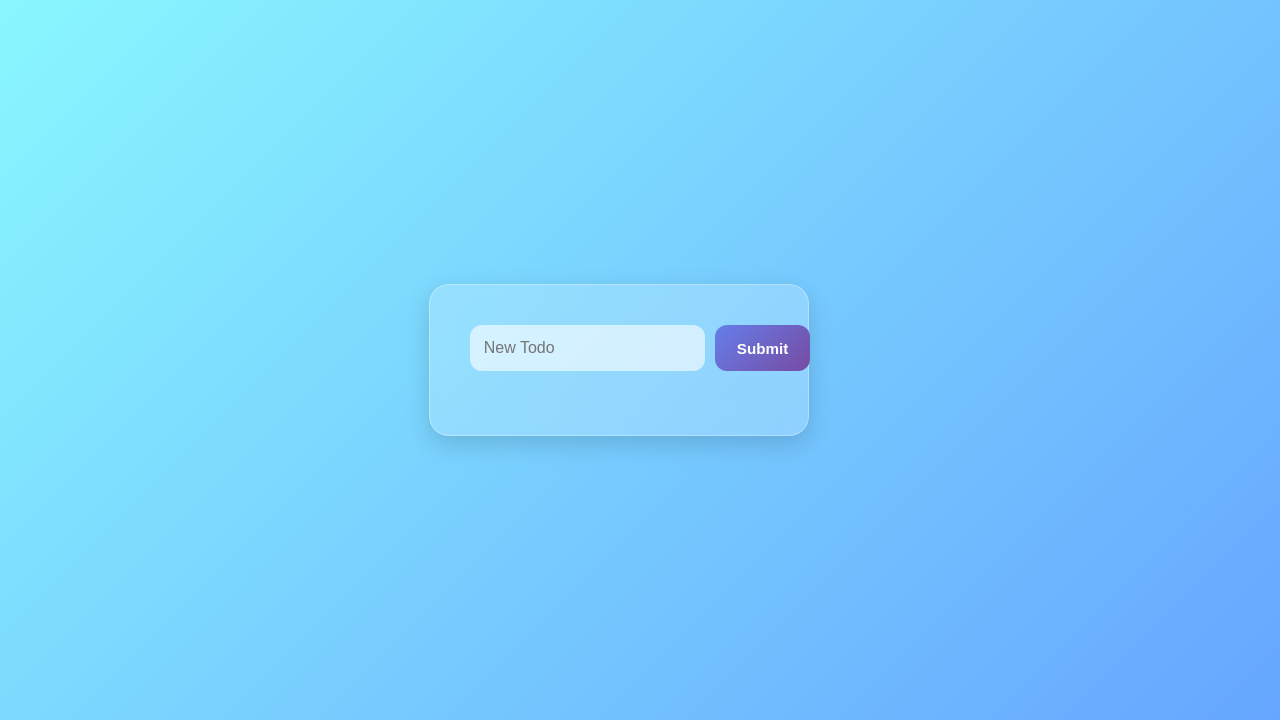
Repository: Subhadeep2609/Todo_React
Page: /
An editor plug-in stored every save of this project. The page is shown before and after the next save, followed by the edit.
The browser window is 1280 px wide. The pictures show the whole page.
The project was rebuilt for these pictures with package versions that can differ from the ones it lists, and the page was loaded fresh each time. Also part of the build but not shown: vite.config.js.

Above is the page before, as saved 2025-09-04 13:44:51.

### src/index.css
/* Reset */
* {
  padding: 0;
  margin: 0;
  box-sizing: border-box;
}

body {
  background: linear-gradient(135deg, #89f7fe, #66a6ff);
  height: 100vh;
  display: flex;
  justify-content: center;
  align-items: center;
  font-family: "Poppins", sans-serif;
  overflow-x: hidden;
}

/* Glassmorphism Container */
.container {
  background: rgba(255, 255, 255, 0.2);
  backdrop-filter: blur(15px);
  padding: 40px;
  border-radius: 20px;
  box-shadow: 0 8px 25px rgba(0, 0, 0, 0.15);
  min-width: 350px;
  max-width: 600px;
  width: 90%;
  transition: transform 0.3s ease;
  border: 1px solid rgba(255, 255, 255, 0.3);
}

.container:hover {
  transform: translateY(-8px);
}

/* Input + Button Wrapper */
.input-group {
  display: flex;
  gap: 10px;
  flex-wrap: nowrap;
  margin-bottom: 20px;
}

/* Input */
input {
  flex: 1;
  padding: 14px;
  border: none;
  outline: none;
  background: rgba(255, 255, 255, 0.6);
  border-radius: 12px;
  transition: all 0.3s ease;
  font-size: 1rem;
}

input:focus {
  background: rgba(255, 255, 255, 0.85);
  box-shadow: 0 0 10px rgba(102, 166, 255, 0.7);
  transform: scale(1.02);
}

/* Button */
button {
  border-radius: 12px;
  background: linear-gradient(135deg, #667eea, #764ba2);
  padding: 12px 22px;
  outline: none;
  border: none;
  color: #fff;
  font-weight: 600;
  cursor: pointer;
  transition: all 0.3s ease;
  font-size: 0.95rem;
  white-space: nowrap;
}

button:hover {
  background: linear-gradient(135deg, #764ba2, #667eea);
  transform: scale(1.05);
  box-shadow: 0 4px 12px rgba(118, 75, 162, 0.5);
}

/* Todos List */
.todos-list {
  margin-top: 1.5rem;
  animation: fadeIn 0.6s ease-in-out;
}

/* Todo Item */
.todo {
  list-style: none;
  display: flex;
  justify-content: space-between;
  align-items: center;
  background: rgba(255, 255, 255, 0.25);
  padding: 14px 20px;
  margin: 10px 0;
  border-radius: 14px;
  backdrop-filter: blur(8px);
  box-shadow: 0 4px 15px rgba(0, 0, 0, 0.1);
  animation: slideIn 0.4s ease forwards;
  opacity: 0;
  color: #333;
  font-weight: 500;
}

/* Animations */
@keyframes slideIn {
  from {
    transform: translateY(15px);
    opacity: 0;
  }
  to {
    transform: translateY(0);
    opacity: 1;
  }
}

@keyframes fadeIn {
  from { opacity: 0; }
  to { opacity: 1; }
}

/* Close button */
.close {
  padding: 6px 12px;
  cursor: pointer;
  border-radius: 50%;
  background: #ff4b5c;
  color: white;
  border: none;
  transition: all 0.3s ease;
  font-weight: bold;
}

.close:hover {
  background: #d62839;
  transform: rotate(90deg) scale(1.1);
  box-shadow: 0 4px 10px rgba(255, 75, 92, 0.5);
}

/* Responsive Design */
@media (max-width: 480px) {
  .input-group {
    flex-direction: column;
    gap: 12px;
  }

  button {
    width: 100%;
  }
}

### src/App.jsx
import Todo from "./components/Todo"


function App() {


  return (
    <div>
      <Todo/>
    </div>
  )
}

export default App

### src/components/Todo.jsx
import { useState } from "react";
import "../index.css";

const Todo = () => {
  const [todos, setTodos] = useState([]);
  const [input, setInput] = useState("");

  // Add todo
  const handleSubmit = () => {
    if (!input.trim()) return; // prevent empty todo

    setTodos((prev) => [
      ...prev,
      { text: input, id: Date.now() }, // unique ID
    ]);
    setInput("");
  };

  // Remove todo
  const removeTodo = (id) =>
    setTodos((prev) => prev.filter((t) => t.id !== id));

  // Handle Enter key
  const handleKeyDown = (e) => {
    if (e.key === "Enter") handleSubmit();
  };

  return (
    <div className="container">
      {/* Input + Button */}
      <div className="input-group">
        <input
          type="text"
          placeholder="New Todo"
          value={input}
          onChange={(e) => setInput(e.target.value)}
          onKeyDown={handleKeyDown}
        />
        <button type="button" onClick={handleSubmit}>
          Submit
        </button>
      </div>

      {/* Todos List */}
      <ul className="todos-list">
        {todos.map(({ text, id }) => (
          <li className="todo" key={id}>
            <span>{text}</span>
            <button
              type="button"
              className="close"
              onClick={() => removeTodo(id)}
            >
              ✕
            </button>
          </li>
        ))}
      </ul>
    </div>
  );
};

export default Todo;

Loaded but not shown: index.html (common file); src/main.jsx (common file)

After the next save:
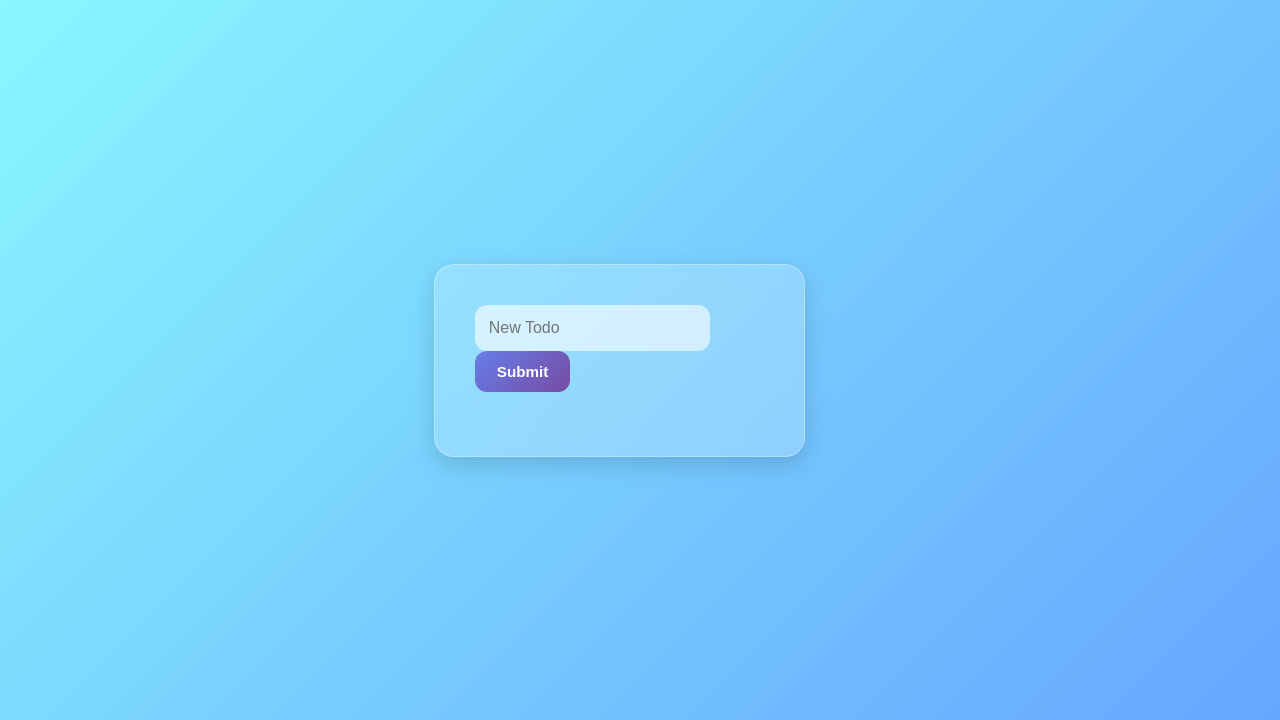
Saved 20 s later.
--- a/src/components/Todo.jsx
+++ b/src/components/Todo.jsx
@@ -5,43 +5,37 @@ const Todo = () => {
   const [todos, setTodos] = useState([]);
   const [input, setInput] = useState("");
 
-  // Add todo
   const handleSubmit = () => {
     if (!input.trim()) return; // prevent empty todo
 
     setTodos((prev) => [
       ...prev,
-      { text: input, id: Date.now() }, // unique ID
+      { text: input, id: Date.now() }, // unique id
     ]);
     setInput("");
   };
 
-  // Remove todo
   const removeTodo = (id) =>
     setTodos((prev) => prev.filter((t) => t.id !== id));
 
-  // Handle Enter key
   const handleKeyDown = (e) => {
     if (e.key === "Enter") handleSubmit();
   };
 
   return (
     <div className="container">
-      {/* Input + Button */}
-      <div className="input-group">
-        <input
-          type="text"
-          placeholder="New Todo"
-          value={input}
-          onChange={(e) => setInput(e.target.value)}
-          onKeyDown={handleKeyDown}
-        />
-        <button type="button" onClick={handleSubmit}>
-          Submit
-        </button>
-      </div>
+      <input
+        type="text"
+        placeholder="New Todo"
+        value={input}
+        onChange={(e) => setInput(e.target.value)}
+        onKeyDown={handleKeyDown}
+      />
 
-      {/* Todos List */}
+      <button type="button" onClick={handleSubmit}>
+        Submit
+      </button>
+
       <ul className="todos-list">
         {todos.map(({ text, id }) => (
           <li className="todo" key={id}>
@@ -51,7 +45,7 @@ const Todo = () => {
               className="close"
               onClick={() => removeTodo(id)}
             >
-              ✕
+              X
             </button>
           </li>
         ))}
